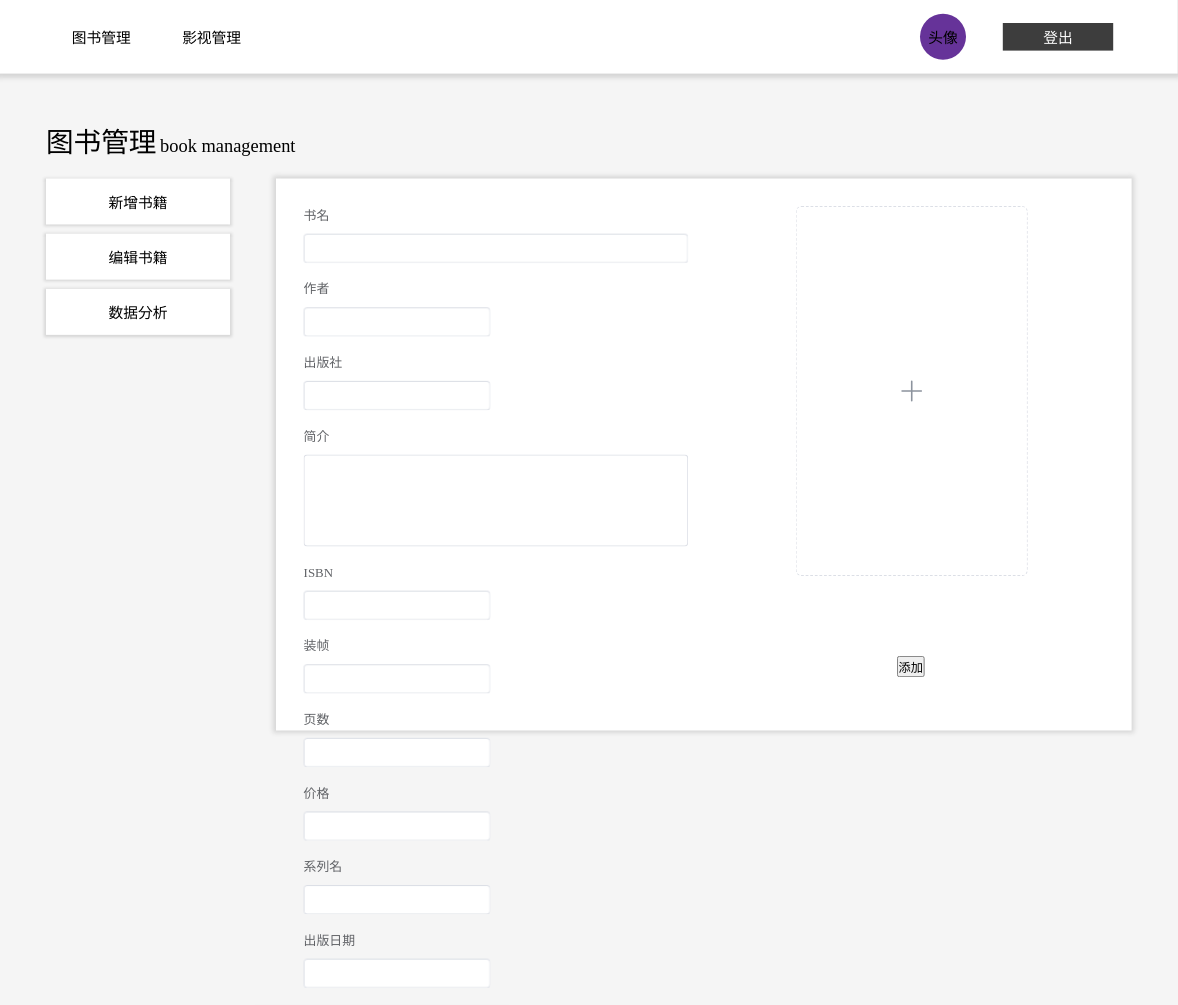
Repository: quanwangniuniu/Oasis-Reading-Platform
Page: /#/admin/books (app in Vue-frontend/)
These files come from the project's save history. The page is drawn as it stood at one moment and after the next save; the edit follows.
The browser window is 1280 px wide. The pictures show the whole page, at 92% of full size.
Some web fonts or font styles are not loaded; a fallback is used. The project was rebuilt for these pictures with package versions that can differ from the ones it lists, and the page was loaded fresh each time. Also part of the build but not shown: Vue-frontend/vite.config.js, Vue-frontend/src/components/user/books/BookCard.vue, Vue-frontend/src/components/axios/config.js, Vue-frontend/src/components/axios/api.js, Vue-frontend/src/components/user/books/Books.vue, Vue-frontend/src/components/user/movies/Favourites.vue, Vue-frontend/src/components/user/explore/Explore.vue, Vue-frontend/src/components/user/login/Login.vue and 9 more.

Above is the page before, as saved 2023-04-13 23:24:44.

### Vue-frontend/index.html
<!DOCTYPE html>
<html lang="en">
  <head>
    <meta charset="UTF-8">
    <meta name="viewport" content="width=device-width, initial-scale=1.0">
    <title>Vite App</title>
    <style>
      *{
        padding: 0px;
        margin: 0px;
      }

      body{
        background-color: rgb(245, 245, 245);
      }
    </style>
  </head>
  <body>
    <div id="app"></div>
    <script type="module" src="/src/main.js"></script>
  </body>
</html>

### Vue-frontend/src/main.js
import { createApp } from 'vue'
import ElementPlus from 'element-plus'
import 'element-plus/dist/index.css'
import App from './App.vue'
import router from './components/router/router'
import * as ElementPlusIconsVue from '@element-plus/icons-vue'
import './assets/font/font.css'
import './assets/css/element.css'

const app = createApp(App)
app.use(router)
app.use(ElementPlus)
app.mount('#app')
for (const [key, component] of Object.entries(ElementPlusIconsVue)) {
    app.component(key, component)
  }

### Vue-frontend/src/App.vue
<script setup>
import Test from './components/Test.vue';
</script>

<template>
  <div>
    <router-view></router-view>
  </div>
</template>

<style scoped>
</style>

### Vue-frontend/src/components/router/router.js
import {createRouter, createWebHashHistory} from 'vue-router'
import Books from '../user/books/Books.vue'
import Movies from '../user/movies/Favourites.vue'
import Explore from '../user/explore/Explore.vue'
import Login from '../user/login/Login.vue'
import SpecificBook from '../user/books/SpecificBook.vue'
import User from '../User.vue'
import Admin from '../Admin.vue'
import UserInfo from '../user/info/UserInfo.vue'
import BookSearch from '../user/books/BookSearch.vue'
import Transit from '../user/books/Transit.vue'
import BookManagement from '../admin/bookManagement/BookManagement.vue'
import MovieManagement from '../admin/movieManagement/MovieManagement.vue'

import {checkUser} from './utils.js'

const router = createRouter({
    history: createWebHashHistory(),
    routes:[
        {path:'/user', component: User, alias:['/'], children:[
            {path:'books', component: Books},
            {path:'search',name:'search', component: BookSearch},
            {path:'transit',name:'transit', component: Transit},
            {path:'books/:id', component: SpecificBook,beforeEnter: checkUser},
            {path:'movies', component: Movies},
            {path:'explore', component: Explore},
            {path:'login', component: Login},
            {path:'info', component: UserInfo, beforeEnter: checkUser},
        ]},
        {path:'/admin', component: Admin,children:[
            {path:'books', component: BookManagement},
            {path:'movies', component: MovieManagement}
        ]}
    ]
})

export default router

### Vue-frontend/src/assets/font/font.css

  @font-face {
    font-family: siyuansongti;
    src: url(./Source_Han_Serif_SC_Light_Light.otf);
    font-weight: normal;
    font-style: normal;
  }

### Vue-frontend/src/assets/css/element.css
.el-textarea__inner{
    resize: none;
    height: 100px;
}


.el-upload{
    height:400px;
    width:250px;
  }

### Vue-frontend/src/components/Test.vue
<template>
  <el-upload
    class="avatar-uploader"
    action="http://127.0.0.1:5000/uploadCover"
    :show-file-list="false"
    :on-success="handleAvatarSuccess"
    :before-upload="beforeAvatarUpload"
  >
    <img v-if="imageUrl" :src="imageUrl" class="avatar" />
    <el-icon v-else class="avatar-uploader-icon"><Plus /></el-icon>
  </el-upload>

  <img src="http://127.0.0.1:5000/images/1681397591940.jpg">
</template>

<script lang="ts" setup>
import { ref } from 'vue'
import { ElMessage } from 'element-plus'
import { Plus } from '@element-plus/icons-vue'

import type { UploadProps } from 'element-plus'

const imageUrl = ref('')

const handleAvatarSuccess: UploadProps['onSuccess'] = (
  response,
  uploadFile
) => {
  console.log(response)
  imageUrl.value = URL.createObjectURL(uploadFile.raw!)
}

const beforeAvatarUpload: UploadProps['beforeUpload'] = (rawFile) => {
  if (rawFile.type !== 'image/jpeg') {
    ElMessage.error('Avatar picture must be JPG format!')
    return false
  } else if (rawFile.size / 1024 / 1024 > 2) {
    ElMessage.error('Avatar picture size can not exceed 2MB!')
    return false
  }
  return true
}

</script>

<style scoped>
.avatar-uploader .avatar {
  width: 178px;
  height: 178px;
  display: block;
}
</style>

<style>
.avatar-uploader .el-upload {
  border: 1px dashed var(--el-border-color);
  border-radius: 6px;
  cursor: pointer;
  position: relative;
  overflow: hidden;
  transition: var(--el-transition-duration-fast);
}

.avatar-uploader .el-upload:hover {
  border-color: var(--el-color-primary);
}

.el-icon.avatar-uploader-icon {
  font-size: 28px;
  color: #8c939d;
  width: 178px;
  height: 178px;
  text-align: center;
}

img{
  height: 200px;
  width:200px;
}
</style>

### Vue-frontend/src/components/Admin.vue
<script setup>
import BookManagementVue from './admin/bookManagement/BookManagement.vue';
import AdminHeader from './admin/header/AdminHeader.vue';
</script>

<template>
    <AdminHeader></AdminHeader>
    <router-view></router-view>
</template>

<style scoped>
</style>

### Vue-frontend/src/components/admin/bookManagement/BookManagement.vue
<script setup lang="ts">
import LeftBar from './LeftBar.vue';
import {ref, reactive} from 'vue'
import { ElMessage } from 'element-plus'
import { Plus } from '@element-plus/icons-vue'
import type { UploadProps } from 'element-plus'

const bookItem = reactive({
  title: '',
  author: '',
  publisher: '',
  ISBN: '',
  description: '',
  publish_year: '',
  page:'',
  binding: '',
  price:'',
  seriers:' ',
  url:''
})

const imageUrl = ref('')

const handleAvatarSuccess: UploadProps['onSuccess'] = (
  response,
  uploadFile
) => {
  bookItem.url = response.url
  console.log(bookItem)
  imageUrl.value = URL.createObjectURL(uploadFile.raw!)
}

const beforeAvatarUpload: UploadProps['beforeUpload'] = (rawFile) => {
  if (rawFile.type !== 'image/jpeg') {
    ElMessage.error('Avatar picture must be JPG format!')
    return false
  } else if (rawFile.size / 1024 / 1024 > 2) {
    ElMessage.error('Avatar picture size can not exceed 2MB!')
    return false
  }
  return true
}

</script>

<template>
  <div class="top-container">
    <div class="title">
      <span>图书管理</span>&nbsp;<span>book management</span>
    </div>
  </div>
  <div class="container">
      <LeftBar></LeftBar>
      <div class="panel">
        <div class="book-form">
          <el-form
            label-position="top"
            label-width="100px"
            :model="bookItem"
            style="max-width: 460px"
            :inline="true"
          >
            <el-form-item label="书名" style="width:420px">
              <el-input v-model="bookItem.title" />
            </el-form-item>
            <el-form-item label="作者">
              <el-input v-model="bookItem.author" />
            </el-form-item>
            <el-form-item label="出版社">
              <el-input v-model="bookItem.publisher" />
            </el-form-item>
            <el-form-item label="简介" style="width:420px">
                <el-input v-model="bookItem.description" type="textarea"/>
            </el-form-item>
            <el-form-item label="ISBN">
              <el-input v-model="bookItem.ISBN" />
            </el-form-item>
            <el-form-item label="装帧">
              <el-input v-model="bookItem.binding" />
            </el-form-item>
            <el-form-item label="页数">
              <el-input v-model="bookItem.page" />
            </el-form-item>
            <el-form-item label="价格">
              <el-input v-model="bookItem.price" />
            </el-form-item>
            <el-form-item label="系列名">
              <el-input v-model="bookItem.price" />
            </el-form-item>
            <el-form-item label="出版日期">
              <el-input v-model="bookItem.price" />
            </el-form-item>
          </el-form>
        </div>

        <div class="img-upload-and-submit">
          <div class="img-container">
            <div class="img-upload">
              <el-upload
                class="avatar-uploader"
                action="http://127.0.0.1:5000/uploadCover"
                :show-file-list="false"
                :on-success="handleAvatarSuccess"
                :before-upload="beforeAvatarUpload"
              >
                <img v-if="imageUrl" :src="imageUrl" class="avatar" />
                <el-icon v-else class="avatar-uploader-icon"><Plus /></el-icon>
              </el-upload>
            </div>
          </div>
          <div class="submit">
            <button>添加</button>
          </div>
        </div>
      </div>
  </div>

</template>

<style scoped>
.top-container{
  margin: 50px 50px 0px 50px;
  display: flex;
  justify-content: space-between;
}

.title{
  width: 400px;
  font-family: siyuansongti;
}
.container{
  display: flex;
  margin: 20px 50px 0px 50px
}

.title span:nth-child(1){
  font-size: 30px;
}
.title span:nth-child(2){
  font-size: 20px;
}

.panel{
  box-sizing: border-box;
  flex: 1;
  height: 600px;
  background-color: white;
  box-shadow: 0 0 5px 3px rgb(214, 214, 214);
  padding: 30px;
  display: flex;
}

.book-form{
  width: 450px;
}

.img-upload-and-submit{
  flex: 1;
  /* background-color: rgb(249, 203, 203); */
}

.img-container{
  width: 100%;
  height: 450px;
  /* background-color: rgb(120, 120, 241, 0.1); */
}

.img-upload{
  width: 250px;
  height: 400px;
  /* background-color: red; */
  margin: 0 auto;
}
.avatar{
  width: 250px;
  height: 400px;
}
.submit{
  height: 100px;
  width: 100%;
  display: flex;
  align-items: center;
  justify-content: center;
  /* background-color: green; */
}
</style>

### Vue-frontend/src/components/router/utils.js
export const checkUser = (from, to, next) => {
    if(localStorage.getItem('token') === null){
        next('/login')
    }else{
        next()
    }
}

### Vue-frontend/src/components/admin/header/AdminHeader.vue
<script setup>

let logout = () =>{
    localStorage.clear('token')
    localStorage.clear('type')
}

</script>

<template>
    <div>
        <div class="container">
            <div class="left">
                <div class="nav"><router-link to="/admin/books">图书管理</router-link></div>
                <div class="nav"><router-link to="/admin/movies">影视管理</router-link></div>
            </div>

            <div class="right">
                <div class="nav avata"><router-link to="/info">头像</router-link></div>
                <div class="nav login"><router-link to="/explore" @click="logout">登出</router-link></div>
            </div>

        </div>
    </div>

</template>

<style scoped>
.container{
    height: 80px;
    background-color: white;
    /* 边框模糊效果 */
    box-shadow: 0 0 5px 5px rgb(214, 214, 214);
    /* 开启flex布局 */
    display: flex;
    /* 设置元素靠右排列 */
    justify-content: space-between;
    /* 设置元素垂直居中 */
    align-items: center;
}

.left{
    display: flex;
    /* 设置元素垂直居中 */
    align-items: center;
    padding-left: 50px;
}

.right{
    display: flex;
    /* 设置元素垂直居中 */
    align-items: center;
    padding-right: 50px;
}

.nav{
    width: 80px;
    height: 30px;
    margin-left: 20px;
    margin-right: 20px;
    /* 设置nav内部a标签水平居中 */
    text-align: center;
    /* 开启flex局部 */
    display: flex;
    /* 设置nav内部a标签垂直居中 */
    align-items: center;
}

.nav a{
    width: 80px;
    /* 清除a标签默认样式 */
    text-decoration: none;
    color: black;

}

.login{
    width: 120px;
    background-color: rgb(61, 61, 61);
}

.login a{
    width: 1200px;
    color: white;
}

.avata{
    width: 50px;
    height: 50px;
    border-radius: 50%;
    background-color: rebeccapurple;
}


</style>

### Vue-frontend/src/components/admin/bookManagement/LeftBar.vue
<script setup>

</script>

<template>
    <div class="leftbar-container">
        <div class="card">
            新增书籍
        </div>
        <div class="card">
            编辑书籍
        </div>
        <div class="card">
            数据分析
        </div>
    </div>

</template>

<style scoped>
.leftbar-container{
    width: 250px;
    height: 600px;
}

.card{
    width: 200px;
    height: 50px;
    background: white;
    /* 设置卡片阴影 */
    box-shadow: 0px 1px 3px 2px rgb(214, 214, 214);
    /* 开启flex布局 文字水平垂直居中 */
    display: flex;
    justify-content: center;
    align-items:center;
    margin-bottom: 10px;
}

.card:hover{
    transform:scale(1.1);
}
</style>

After the next save:
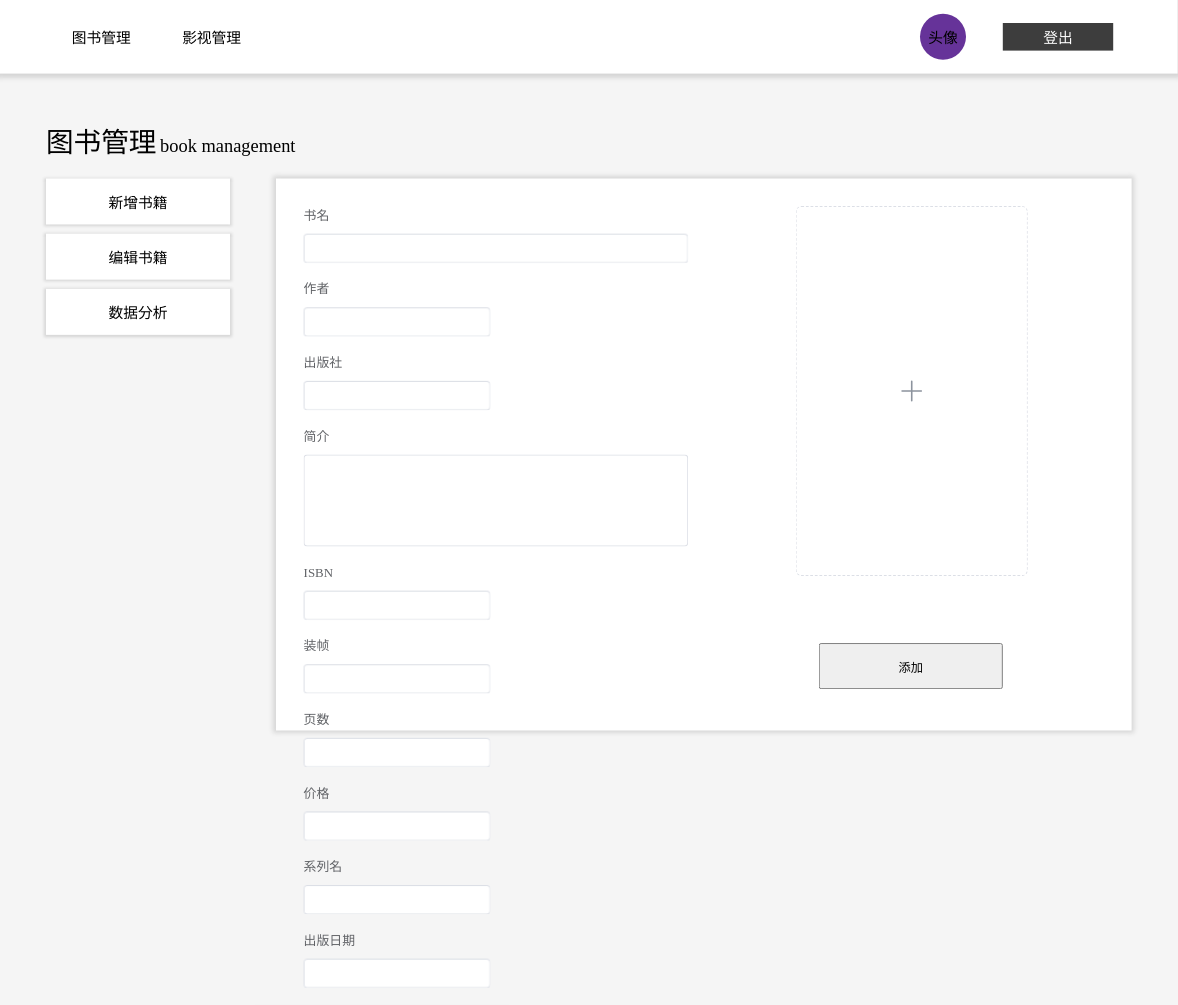
Saved 20 s later.
--- a/Vue-frontend/src/components/admin/bookManagement/BookManagement.vue
+++ b/Vue-frontend/src/components/admin/bookManagement/BookManagement.vue
@@ -183,4 +183,9 @@ const beforeAvatarUpload: UploadProps['beforeUpload'] = (rawFile) => {
   justify-content: center;
   /* background-color: green; */
 }
+
+.submit button{
+  width: 200px;
+  height: 50px;
+}
 </style>
